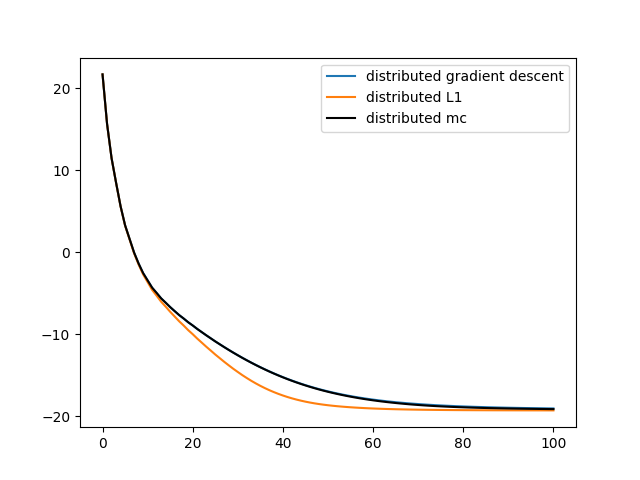
Repository: komuro-zero/distributed-optimization
Script's output: python main_weakly_sparse.py
These files come from the project's save history. The script's output is drawn as it stood at one moment and after the next save; the edit follows.
Random numbers start from a fixed seed.

Above is the script's output before, as saved 2019-09-27 09:54:42.

### main_weakly_sparse.py
import numpy as np
import matplotlib.pyplot as plt
from numpy.random import *
from modules.distributed_functions_wj import functions


np.random.seed(0)
class distributed_updates(functions):


    def __init__(self):

        self.N = 30
        self.m = 100
        self.r_i = 15
        self.iteration = 100
        self.sparsity_percentage = 0.2
        #self.lamb = 10**-3
        #self.eta = 0.2
        #self.rho = s
        #self.lamb*(10**2)
        self.lamb = 10**-3
        self.eta = 0.17
        self.rho = self.lamb*(10**2)
        if self.lamb/self.rho <= self.eta*self.lamb:
            print("faulty rho")
            exit()

    def make_variables(self):
        """
        w_star,U_all,d_allを返㝙
        """
        how_weak = 0.1
        w = randn(self.N,1)
        w_star = self.w_star_weakly_sparse(self.N,self.sparsity_percentage,how_weak)
        U_all = randn(self.m,self.N)
        w_star_noise = w_star +randn(self.N,1)/100
        #w_star_noise = w_star_noise/np.dot(w_star_noise.T,w_star_noise)
        d_all = np.dot(U_all,w_star_noise)
        L2 = np.dot(w_star.T,w_star)

        return w,w_star,U_all,d_all,L2,w_star_noise

    def run(self):
        w,w_star,U_all,d_all,L2,w_star_noise = self.make_variables()
        c = self.undirected_graph(self.m,self.r_i)
        self.disjoint_checker(c,self.m)
        w_all = self.make_w(self.m,self.N)

        #error_cgd,wcgd = self.centralized_gradient_descent(U_all,d_all,w,w_star,L2,0.003,self.iteration)
        #error,wcl1 = self.centralized_L1(U_all,d_all,w,w_star,L2,0.003,0.003,self.iteration)
        #error,wcmc = self.centralized_mc(U_all,d_all,w,w_star,L2,self.lamb,self.eta,self.rho,self.iteration)
        #self.distributed_gradient_descent_wj(U_all,d_all,w_star,L2,self.N,self.m,self.r_i,0.25,self.iteration,c,w_all,wcgd)
        #self.distributed_L1_wj(U_all,d_all,w_star,L2,self.N,self.m,self.r_i,10**-4,0.24,self.iteration,c,w_all,wcl1)
        #self.distributed_mc_wj(U_all,d_all,w_star,L2,self.N,self.m,self.r_i,self.lamb,self.eta,self.rho,self.iteration,c,w_all,wcmc)
        self.distributed_gradient_descent(U_all,d_all,w_star,L2,self.N,self.m,self.r_i,0.17,self.iteration,c,w_all)
        self.distributed_L1(U_all,d_all,w_star,L2,self.N,self.m,self.r_i,10**-3,0.17,self.iteration,c,w_all)
        self.distributed_mc(U_all,d_all,w_star,L2,self.N,self.m,self.r_i,self.lamb,self.eta,self.rho,self.iteration,c,w_all)

        #error = [cgd[-1],cl1,cmc[-1],dgd[-1],dl1[-1],dmc[-1]]
        #return error[-1]#w_star,w_star_noise,wcgd,wcl1,wcmc

"""
    #not completed
    def run_distributed(self):
        w,w_star,U_all,d_all,L2 = self.make_variables()

        lamb_l1 = 9*10**-5
        lamb_mc = 10**-3
        eta_gd = 0.1
        eta_l1 = 0.09
        eta_mc = 0.01

        self.distributed(U_all,d_all,w_star,L2,self.N,self.m,self.r_i,lamb_l1,lamb_mc,eta_gd,eta_l1,eta_mc,self.rho,self.iteration)
"""


if __name__ == "__main__":
    simulation = distributed_updates()
    cgd=cl1=cmc=dgd=dl1=dmc=[]
    for i in range(1):
        simulation.run()
        #cgd.append(error)
        """
        error = simulation.run()
        cgd.append(error[0])
        cl1.append(error[1])
        cmc.append(error[2])
        dgd.append(error[3])
        dl1.append(error[4])
        dmc.append(error[5])

        print("iteration:",i)
        """
    #times = range(len(cgd))

    #print("average:",sum(cgd)/len(cgd),"\n max:",max(cgd))
    #print("w_star:",w_star,"\nwcgd:",wcgd-w_star_noise,"\nwcl1:",wcl1-w_star_noise,"\nwcmc:",wcmc-w_star_noise)
    #plt.bar(times,cgd)
    plt.legend()
    plt.show()

### modules/distributed_functions_wj.py
#functions used in each simulations
import numpy as np
from numpy.random import *
import matplotlib.pyplot as plt

#np.random.seed(0)

class functions():
	def w_star(self,N,sparse_percentage):
		w_star = randn(N,1)     #平均は0
		before_length = len(w_star)
		after_length = before_length
		while (after_length / before_length) > sparse_percentage:
			a = randint(0,N-1)
			w_star[a] = 0
			after_length = len(np.unique(w_star))-1  #重複要素の削除
		return w_star

	def w_star_weakly_sparse(self,N,sparse_percentage,how_weak):
		w_star = randn(N,1)     #平均は0
		before_length = len(w_star)
		after_length = before_length
		while (after_length / before_length) > sparse_percentage:
			a = randint(0,N-1)
			w_star[a] = 0
			after_length = len(np.unique(w_star))-1  #重複要素の削除
		w_star_prox = np.zeros((len(w_star),1))
		for i in range(len(w_star)):
			if w_star[i] == 0:
				w_star_prox[i] = randn()
		w_star_prox = w_star_prox/np.dot(w_star_prox.T,w_star_prox)
		w_star = w_star/np.dot(w_star.T,w_star)
		w_star += how_weak*w_star_prox
		return w_star

	def w_star_weakly_sparse_sample(self,N,sparse_percentage):
		w_star = self.w_star(N,sparse_percentage)
		for i in range(len(w_star)):
			if w_star[i] == 0:
				w_star[i] = 0.0001
			else:
				w_star[i] = 1
		return w_star

	def db(self,x, y):
		db = 10 * np.log10(x / y)
		return db[0][0]

	def directed_graph(self,m,r_i):
		c = np.eye(m)
		for j in range(m):
			counter = 0
			while counter != r_i:
				random_num = np.random.randint(0,m)
				if c[j][random_num] != 1:
					c[j][random_num] = 1
					counter += 1
		return c

	def disjointed_directed_graph(self,m,r_i):
		a = [1]*r_i
		b = [0]*(m-r_i)
		a.extend(b)
		c = [1]*r_i
		d = [0]*(m-r_i)
		d.extend(c)
		aa = [a]*int(m/2)
		dd = [d]*int(m/2)
		dd.extend(aa)
		result = np.array(dd)
		for i in range(len(result)):
			result[i][i]=1
		return result

	def make_range(self,m):
		result =[]
		for i in range(m):
			result.append(i)
		return result

	def make_checklist(self,r_i,m):
		untidy_result = self.make_range(m)
		for i in range(r_i-1):
			untidy_result[0:0] = self.make_range(m)
		return sorted(untidy_result)

	def horizontal_checker(self,c,place,r_i):
		count = 0
		for row in c:
			if row[place] == 1:
				count += 1
		if count == r_i+1:
			result = False
		elif count < r_i+1:
			result = True
		else:
			print(c)
			print("faulty horizontal number")
			exit()
		return result

	def undirected_graph(self,m,r_i):
		c = np.eye(m)
		checklist = self.make_checklist(r_i,m)
		for i in range(m):
			connected = sum(x == 1 for x in c[i])
			while connected < r_i:
				select = np.random.randint(len(checklist))
				connect_node = checklist[select]
				if c[i][connect_node] != 1 and self.horizontal_checker(c,connect_node,r_i):
					c[i][connect_node] = 1
					connected += 1
					c[connect_node][i] =1
					checklist.pop(select)
		return c

	def find_ones(self,row):
		result = [i for i, element in enumerate(row) if element == 1]
		return result

	def all_connections(self,c_list):
		result = []
		for row in c_list:
			result.append(self.find_ones(row))
		return result

	def delete_self(self,all_connection):
		for i in range(len(all_connection)):
			all_connection[i].remove(i)
		return all_connection

	def disjoint_checker(self,c,m):
		c_list = c.tolist()
		all_connection = self.all_connections(c_list)
		adjacent_matrix = self.delete_self(all_connection)
		check_node = adjacent_matrix[0]
		connected_node = adjacent_matrix[0]
		last_length = len(connected_node)
		check_node_box = []
		count = 1

		flag = True
		while flag:
			for i in check_node:
				check_node_box[0:0] = (all_connection[i])
			common_part = list(set(check_node_box) & set(connected_node))
			check_node = list(set(check_node_box) - set(common_part))
			connected_node[0:0] = check_node_box
			connected_node = list(set(connected_node))
			check_node_box = []
			now_length = len(connected_node)
			if now_length == last_length:
				flag = False
			count += 1
			if count > m or len(connected_node) == m:
				flag = False
			last_length = now_length
		if len(connected_node) == m:
			print("Your graph is not disjoint")
		else:
			print("Your graph is disjoint. connected nodes:",now_length)

	def w_average(self,w_all,w_star):
		result = [0]*len(w_all[0])
		for row in w_all:
			result += row
		result = result/len(w_all)
		x = range(len(result))
		#fig = plt.figure()
		#plt.plot(x,w_star,color = "black",label = "w_star")
		#plt.plot(x,result,color = "red",label = "w_average")
		#plt.show()
		return result

	def make_w(self,m,N):
		w = randn(N,1).T
		for i in range(m-1):
			w = np.concatenate((w,randn(N,1).T))
		return w

	def centralized_gradient_descent(self,Ut,d,w,w_star,L2,eta,iteration):
		error = [self.db(np.dot((w-w_star).T,w-w_star)[0],L2)]
		times = [0]
		one_error =0
		U = Ut.T
		for i in range(iteration):
			w = w - 2*eta*(np.dot(U,(np.dot(Ut,w)-d)))
			one_error = np.dot((w-w_star).T,w-w_star)[0]
			error.append(self.db(one_error,L2))
			times.append(i+1)
		plt.plot(times,error,label = "centralized gradient descent")
		return error,w

	def centralized_L1(self,Ut,d,w,w_star,L2,lamb,eta,iteration):
		error = [self.db(np.dot((w-w_star).T,w-w_star)[0],L2)]
		times = [0]
		one_error =0
		U = Ut.T
		for i in range(iteration):
			w = w - 2*eta*(np.dot(U,(np.dot(Ut,w)-d)))
			for j in range(len(w)):
				if w[j] > 0 and lamb < abs(w[j]):
					w[j] -= lamb
				elif w[j] < 0 and lamb < abs(w[j]):
					w[j] += lamb
				else:
					w[j] = 0
			one_error = np.dot((w-w_star).T,w-w_star)[0]
			error.append(self.db(one_error,L2))
			times.append(i+1)
		exec("plt.plot(times,error,label = 'centralized_L1')")
		return error,w

	def centralized_mc(self,Ut,d,w,w_star,L2,lamb,eta,rho,iteration):
		error = [self.db(np.dot((w-w_star).T,w-w_star)[0],L2)]
		times = [0]
		one_error =0
		U = Ut.T
		for i in range(iteration):
			w = w - 2*eta*(np.dot(U,(np.dot(Ut,w)-d)))
			for j in range(len(w)):
				if abs(w[j]) < eta*lamb:
					w[j] = 0
				elif eta*lamb < abs(w[j]) and abs(w[j]) < lamb/rho:
					w[j] = w[j]*(abs(w[j])-eta*lamb)/(abs(w[j])*(1-eta*rho))
				elif lamb/rho <= abs(w[j]):
					w[j] = w[j]
				else:
					print("banana")
			one_error = np.dot((w-w_star).T,w-w_star)[0]
			error.append(self.db(one_error,L2))
			times.append(i+1)
			one_error = 0
		plt.plot(times,error,label = "centralized_mc")
		return error,w

	def one_gradient_descent(self,Ut,d,w,eta):
		U = Ut.T
		w = w - 2*eta*((U*(np.dot(Ut,w)-d)))
		return w

	def one_L1(self,Ut,d,w,lamb,eta):
		U = Ut.T
		w = w - 2*eta*((U*(np.dot(Ut,w)-d)))
		for j in range(len(w)):
			if w[j] > 0 and lamb < abs(w[j]):
				w[j] -= lamb
			elif w[j] < 0 and lamb < abs(w[j]):
				w[j] += lamb
			else:
				w[j] = 0
		return w

	def one_mc(self,Ut,d,w,lamb,eta,rho):
		U = Ut.T
		w = w - 2*eta*((U*(np.dot(Ut,w)-d)))
		for j in range(len(w)):
			if abs(w[j]) <= eta*lamb:
				w[j] = 0
			elif eta*lamb < abs(w[j]) and abs(w[j]) < lamb/rho:
				w[j] = w[j]*(abs(w[j])-eta*lamb)/(abs(w[j])*(1-eta*rho))
			elif lamb/rho <= abs(w[j]):
				w[j] = w[j]
			else:
				print("banana")
		return w

	def distributed_gradient_descent(self,Ut,d,w_star,L2,N,m,r_i,eta,iteration,c,w_all_f):
		average_error = [0]
		for i in range(1,m+1,1):
			exec("u_%d = Ut[%d]" % (i,i-1))
			exec("d_%d = d[%d][0]" % (i,i-1))
			exec("w_%d = np.reshape(w_all_f[%d],(N,1)).ravel() " % (i,i-1))
			exec("w_next_%d = w_%d" % (i,i))
			exec("error_w_%d = []" % (i))
			exec("one_error_%d =[]" % (i))
			exec("average_error[0] += self.db(np.dot((w_%d-w_star.ravel()).T,w_%d-w_star.ravel()),L2)"%(i,i))
		average_error[0] = average_error[0]/m
		times = [0]
		for i in range(iteration):
			for j in range(1,m+1,1):
				exec("w_%d = self.one_gradient_descent(u_%d,d_%d,w_%d,eta)" % (j,j,j,j))
				exec("w_next_%d = w_%d" % (j,j))
			exec("w_all = [w_next_1]")
			for j in range(2,m+1):
				exec("w_all = np.concatenate((w_all,[w_next_%d]))" %(j))
			exec("average = (1/(r_i+1))*np.dot(c,w_all)")
			for j in range(1,m+1,1):
				exec("w_%d = average[%d]" % (j,j-1))
			for j in range(1,m+1,1):
				exec("one_error_%d = np.dot((w_%d-w_star.ravel()).T,w_%d-w_star.ravel())" % (j,j,j))
				exec("error_w_%d.append(self.db(one_error_%d,L2))" % (j,j))
			times.append(i+1)
		exec("w_all_f = w_all")
		for i in range(iteration):
			exec("average_error.append(error_w_1[%d])" % (i))
			for j in range(2,m+1,1):
				exec("average_error[%d] += error_w_%d[%d]" % (i+1,j,i))
			average_error[i+1] = average_error[i+1]/m
		plt.plot(times,average_error,label = 'distributed gradient descent')
		plt.legend()
		exec("w_average = self.w_average(w_all,w_star)")
		return average_error,w_all_f

	def distributed_L1(self,Ut,d,w_star,L2,N,m,r_i,lamb,eta,iteration,c,w_all_f):
		average_error = [0]
		for i in range(1,m+1,1):
			exec("u_%d = Ut[%d]" % (i,i-1))
			exec("d_%d = d[%d][0]" % (i,i-1))
			exec("w_%d = np.reshape(w_all_f[%d],(N,1)).ravel() " % (i,i-1))
			exec("w_next_%d = w_%d" % (i,i))
			exec("error_w_%d = []" % (i))
			exec("one_error_%d =[]" % (i))
			exec("average_error[0] += self.db(np.dot((w_%d-w_star.ravel()).T,w_%d-w_star.ravel()),L2)"%(i,i))
		average_error[0] = average_error[0]/m

		times = [0]
		for i in range(iteration):
			for j in range(1,m+1,1):
				exec("w_%d = self.one_L1(u_%d,d_%d,w_%d,lamb,eta)" % (j,j,j,j))
				exec("w_next_%d = w_%d" % (j,j))
			exec("w_all = [w_next_1]")
			for j in range(2,m+1):
				exec("w_all = np.concatenate((w_all,[w_next_%d]))" %(j))
			exec("average = (1/(r_i+1))*np.dot(c,w_all)")
			for j in range(1,m+1,1):
				exec("w_%d = average[%d]" % (j,j-1))
			for j in range(1,m+1,1):
				exec("one_error_%d = np.dot((w_%d-w_star.ravel()).T,w_%d-w_star.ravel())" % (j,j,j))
				exec("error_w_%d.append(self.db(one_error_%d,L2))" % (j,j))
			times.append(i+1)
		for i in range(iteration):
			exec("average_error.append(error_w_1[%d])" % (i))
			for j in range(2,m+1,1):
				exec("average_error[%d] += error_w_%d[%d]" % (i+1,j,i))
			average_error[i+1] = average_error[i+1]/m
		plt.plot(times,average_error,label = 'distributed L1')
		plt.legend()
		exec("w_average = self.w_average(w_all,w_star)")
		return average_error

	def distributed_mc(self,Ut,d,w_star,L2,N,m,r_i,lamb,eta,rho,iteration,c,w_all_f):
		average_error = [0]
		for i in range(1,m+1,1):
			exec("u_%d = Ut[%d]" % (i,i-1))
			exec("d_%d = d[%d][0]" % (i,i-1))
			exec("w_%d = np.reshape(w_all_f[%d],(N,1)).ravel() " % (i,i-1))
			exec("w_next_%d = w_%d" % (i,i))
			exec("error_w_%d = []" % (i))
			#exec("error_w_%d = [self.db(np.dot((w_%d-w_star.ravel()).T,w_%d-w_star.ravel()),L2)]" % (i,i,i))
			exec("one_error_%d =[]" % (i))
			exec("average_error[0] += self.db(np.dot((w_%d-w_star.ravel()).T,w_%d-w_star.ravel()),L2)"%(i,i))
		average_error[0] = average_error[0]/m
		times = [0]
		for i in range(iteration):
			for j in range(1,m+1,1):
				exec("w_%d = self.one_mc(u_%d,d_%d,w_%d,lamb,eta,rho)" % (j,j,j,j))
				exec("w_next_%d = w_%d" % (j,j))
			exec("w_all = [w_next_1]")
			for j in range(2,m+1):
				exec("w_all = np.concatenate((w_all,[w_next_%d]))" %(j))
			exec("average = (1/(r_i+1))*np.dot(c,w_all)")
			for j in range(1,m+1,1):
				exec("w_%d = average[%d]" % (j,j-1))
			for j in range(1,m+1,1):
				exec("one_error_%d = np.dot((w_%d-w_star.ravel()).T,w_%d-w_star.ravel())" % (j,j,j))
				exec("error_w_%d.append(self.db(one_error_%d,L2))" % (j,j))
			times.append(i+1)
		for i in range(iteration):
			exec("average_error.append(error_w_1[%d])" % (i))
			for j in range(2,m+1,1):
				exec("average_error[%d] += error_w_%d[%d]" % (i+1,j,i))
			average_error[i+1] = average_error[i+1]/m
		#for i in range(1,m+1):
		#	exec("plt.plot(times,error_w_%d)"%(i))
		plt.plot(times,average_error,label = 'distributed mc',color = "black")
		plt.legend()
		exec("w_average = self.w_average(w_all,w_star)")
		return average_error

	def distributed_gradient_descent_wj(self,Ut,d,w_star,L2,N,m,r_i,eta,iteration,c,w_all_f,wj):
		average_error = [0]
		L2wj = np.dot(wj.T,wj)
		for i in range(1,m+1,1):
			exec("u_%d = Ut[%d]" % (i,i-1))
			exec("d_%d = d[%d][0]" % (i,i-1))
			exec("w_%d = np.reshape(w_all_f[%d],(N,1)).ravel() " % (i,i-1))
			exec("w_next_%d = w_%d" % (i,i))
			exec("error_w_%d = []" % (i))
			exec("one_error_%d =[]" % (i))
			exec("average_error[0] += self.db(np.dot((w_%d-wj.ravel()).T,w_%d-wj.ravel()),L2wj)"%(i,i))
		average_error[0] = average_error[0]/m
		times = [0]
		for i in range(iteration):
			for j in range(1,m+1,1):
				exec("w_%d = self.one_gradient_descent(u_%d,d_%d,w_%d,eta)" % (j,j,j,j))
				exec("w_next_%d = w_%d" % (j,j))
			exec("w_all = [w_next_1]")
			for j in range(2,m+1):
				exec("w_all = np.concatenate((w_all,[w_next_%d]))" %(j))
			exec("average = (1/(r_i+1))*np.dot(c,w_all)")
			for j in range(1,m+1,1):
				exec("w_%d = average[%d]" % (j,j-1))
			for j in range(1,m+1,1):
				exec("one_error_%d = np.dot((w_%d-wj.ravel()).T,w_%d-wj.ravel())" % (j,j,j))
				#exec("print(one_error_%d)"%(j))
				exec("error_w_%d.append(self.db(one_error_%d,L2wj))" % (j,j))
			times.append(i+1)
		for i in range(iteration):
			exec("average_error.append(error_w_1[%d])" % (i))
			for j in range(2,m+1,1):
				exec("average_error[%d] += error_w_%d[%d]" % (i+1,j,i))
			average_error[i+1] = average_error[i+1]/m
		exec("plt.plot(times,average_error,label = 'wj distributed gradient descent')")
		return average_error

	def distributed_L1_wj(self,Ut,d,w_star,L2,N,m,r_i,lamb,eta,iteration,c,w_all_f,wj):
		average_error = [0]
		L2wj = np.dot(wj.T,wj)
		for i in range(1,m+1,1):
			exec("u_%d = Ut[%d]" % (i,i-1))
			exec("d_%d = d[%d][0]" % (i,i-1))
			exec("w_%d = np.reshape(w_all_f[%d],(N,1)).ravel() " % (i,i-1))
			exec("w_next_%d = w_%d" % (i,i))
			exec("error_w_%d = []" % (i))
			exec("one_error_%d =[]" % (i))
			exec("average_error[0] += self.db(np.dot((w_%d-wj.ravel()).T,w_%d-wj.ravel()),L2wj)"%(i,i))
		average_error[0] = average_error[0]/m

		times = [0]
		for i in range(iteration):
			for j in range(1,m+1,1):
				exec("w_%d = self.one_L1(u_%d,d_%d,w_%d,lamb,eta)" % (j,j,j,j))
				exec("w_next_%d = w_%d" % (j,j))
			exec("w_all = [w_next_1]")
			for j in range(2,m+1):
				exec("w_all = np.concatenate((w_all,[w_next_%d]))" %(j))
			exec("average = (1/(r_i+1))*np.dot(c,w_all)")
			for j in range(1,m+1,1):
				exec("w_%d = average[%d]" % (j,j-1))
			for j in range(1,m+1,1):
				exec("one_error_%d = np.dot((w_%d-wj.ravel()).T,w_%d-wj.ravel())" % (j,j,j))
				exec("error_w_%d.append(self.db(one_error_%d,L2wj))" % (j,j))
			times.append(i+1)
		for i in range(iteration):
			exec("average_error.append(error_w_1[%d])" % (i))
			for j in range(2,m+1,1):
				exec("average_error[%d] += error_w_%d[%d]" % (i+1,j,i))
			average_error[i+1] = average_error[i+1]/m
		exec("plt.plot(times,average_error,label = 'wj distributed L1')")
		return average_error

	def distributed_mc_wj(self,Ut,d,w_star,L2,N,m,r_i,lamb,eta,rho,iteration,c,w_all_f,wj):
		average_error = [0]
		L2wj = np.dot(wj.T,wj)
		for i in range(1,m+1,1):
			exec("u_%d = Ut[%d]" % (i,i-1))
			exec("d_%d = d[%d][0]" % (i,i-1))
			exec("w_%d = np.reshape(w_all_f[%d],(N,1)).ravel() " % (i,i-1))
			exec("w_next_%d = w_%d" % (i,i))
			exec("error_w_%d = []" % (i))
			exec("one_error_%d =[]" % (i))
			exec("average_error[0] += self.db(np.dot((w_%d-wj.ravel()).T,w_%d-wj.ravel()),L2wj)"%(i,i))
		average_error[0] = average_error[0]/m
		times = [0]
		for i in range(iteration):
			for j in range(1,m+1,1):
				exec("w_%d = self.one_mc(u_%d,d_%d,w_%d,lamb,eta,rho)" % (j,j,j,j))
				exec("w_next_%d = w_%d" % (j,j))
			exec("w_all = [w_next_1]")
			for j in range(2,m+1):
				exec("w_all = np.concatenate((w_all,[w_next_%d]))" %(j))
			exec("average = (1/(r_i+1))*np.dot(c,w_all)")
			for j in range(1,m+1,1):
				exec("w_%d = average[%d]" % (j,j-1))
			for j in range(1,m+1,1):
				exec("one_error_%d = np.dot((w_%d-wj.ravel()).T,w_%d-wj.ravel())" % (j,j,j))

				exec("error_w_%d.append(self.db(one_error_%d,L2wj))" % (j,j))
			times.append(i+1)
		for i in range(iteration):
			exec("average_error.append(error_w_1[%d])" % (i))
			for j in range(2,m+1,1):
				exec("average_error[%d] += error_w_%d[%d]" % (i+1,j,i))
			average_error[i+1] = average_error[i+1]/m
		exec("plt.plot(times,average_error,label = 'wj distributed mc')")
		return average_error

After the next save:
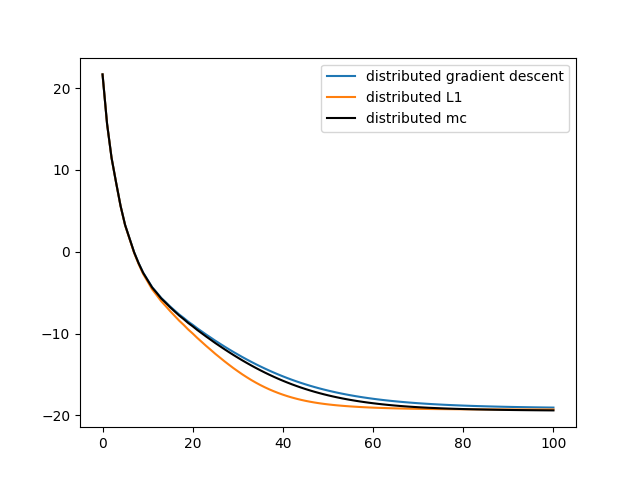
Saved 77 s later.
--- a/main_weakly_sparse.py
+++ b/main_weakly_sparse.py
@@ -21,7 +21,7 @@ class distributed_updates(functions):
         #self.lamb*(10**2)
         self.lamb = 10**-3
         self.eta = 0.17
-        self.rho = self.lamb*(10**2)
+        self.rho = self.lamb*(0.1**2)
         if self.lamb/self.rho <= self.eta*self.lamb:
             print("faulty rho")
             exit()
